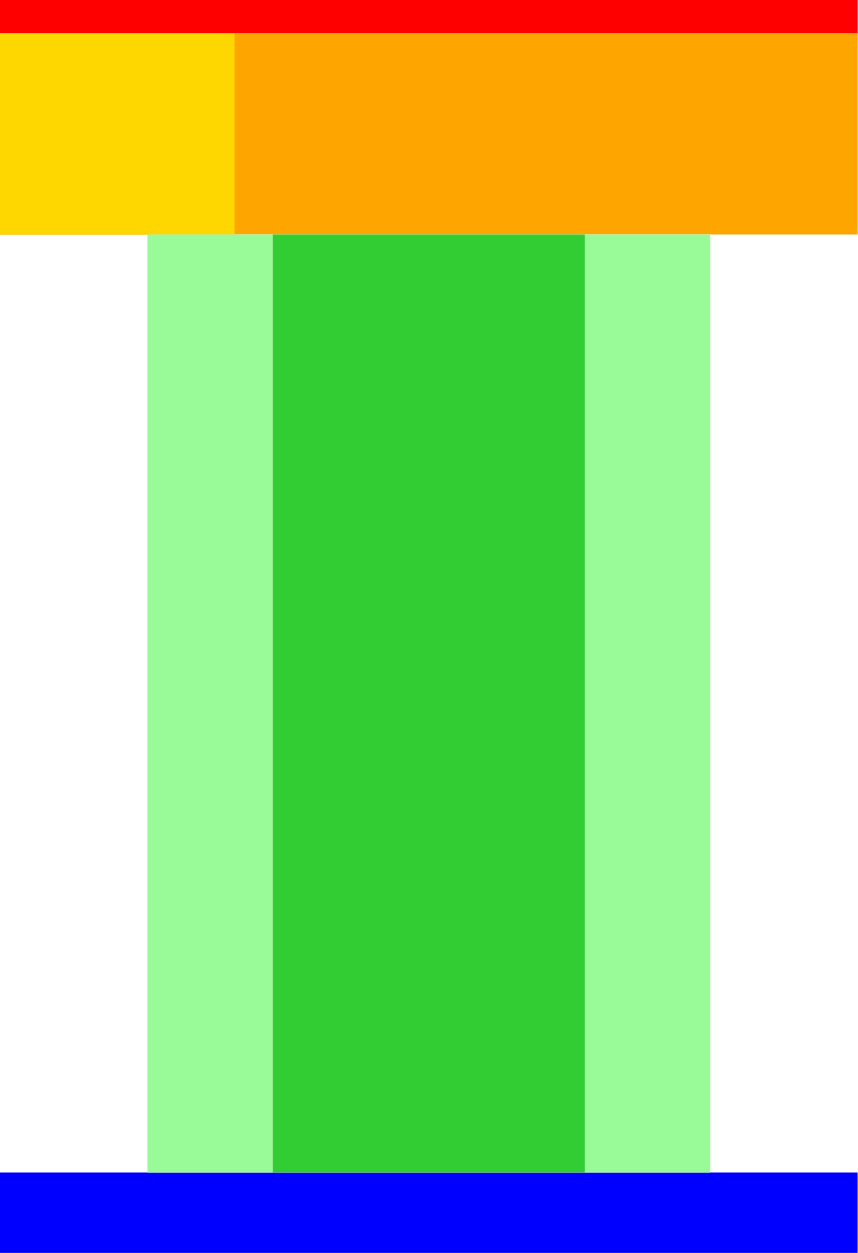
Repository: takanauti/task
Page: chapter4_exercise/index2.html
The author's editor kept a record of every edit. The page is drawn from the files as they stood at one moment, then again after the next edit.
The browser window is 1280 px wide. The pictures show the whole page, at 67% of full size.

Above is the page before.

### chapter4_exercise/index2.html
<!DOCTYPE html>
<html lang="ja">
  <head>
    <meta charset="UTF-8" />
    <!-- CSSファイルの読み込み -->
    <link rel="stylesheet" href="style2.css" />
    <title>演習1</title>
  </head>

  <body>
    <!-- header用のdiv -->
    <div class="header">
      <div class="header-top"></div>
      <div class="header-bottom"></div>
    </div>

    <!-- main-visual用のdiv -->
    <div class="main-visual">
      <div class="main-visual-content"></div>
    </div>

    <!-- main用のdiv -->
    <div class="main">
      <div class="sidebar"></div>
      <div class="blog"></div>
      <div class="sidebar"></div>
    </div>

    <!-- footer用のdiv -->
    <div class="footer"></div>
  </body>
</html>

### chapter4_exercise/style2.css
/* ブラウザがそれぞれ持っているCSSをリセットするための記述 */
* {
  margin: 0;
  padding: 0;
  box-sizing: border-box;
}

.header {
  width: 100%; /* 横幅いっぱい */
  height: 50px; /* 高さ120px */
  background-color: red; /* 背景色red */
}


.main-visual {
  width: 100%; /* 横幅いっぱい */
  height: 300px; /* 高さ300px */
  background-color: orange; /* 背景色orange */
}

.main-visual-content {
  width: 350px; /* 横幅350px */
  height: 300px; /* 親の高さに揃える */
  background-color: gold; /* 背景色gold */
}

.main {
  width: 840px; /* 横幅840px */
  display: flex; /* Flexboxの利用 */
  justify-content: center; /* 要素の横並び・中央寄せ */
  margin: 0 auto; /* 中央寄せ（左右に余白がないとできない） */
}

.blog {
  width: 600px; /* 横幅600px */
  height: 1400px; /* 高さ1400px */
  background-color: limegreen; /* 背景色limegreen */
}

.sidebar {
  width: 240px; /* 横幅240px */
  height: 1400px; /* 高さ1400px */
  background-color: palegreen; /* 背景色palegreen */
}

.footer {
  width: 100%; /* 横幅いっぱい */
  height: 120px; /* 高さ120px */
  background-color: blue; /* 背景色blue */
}

After the next edit:
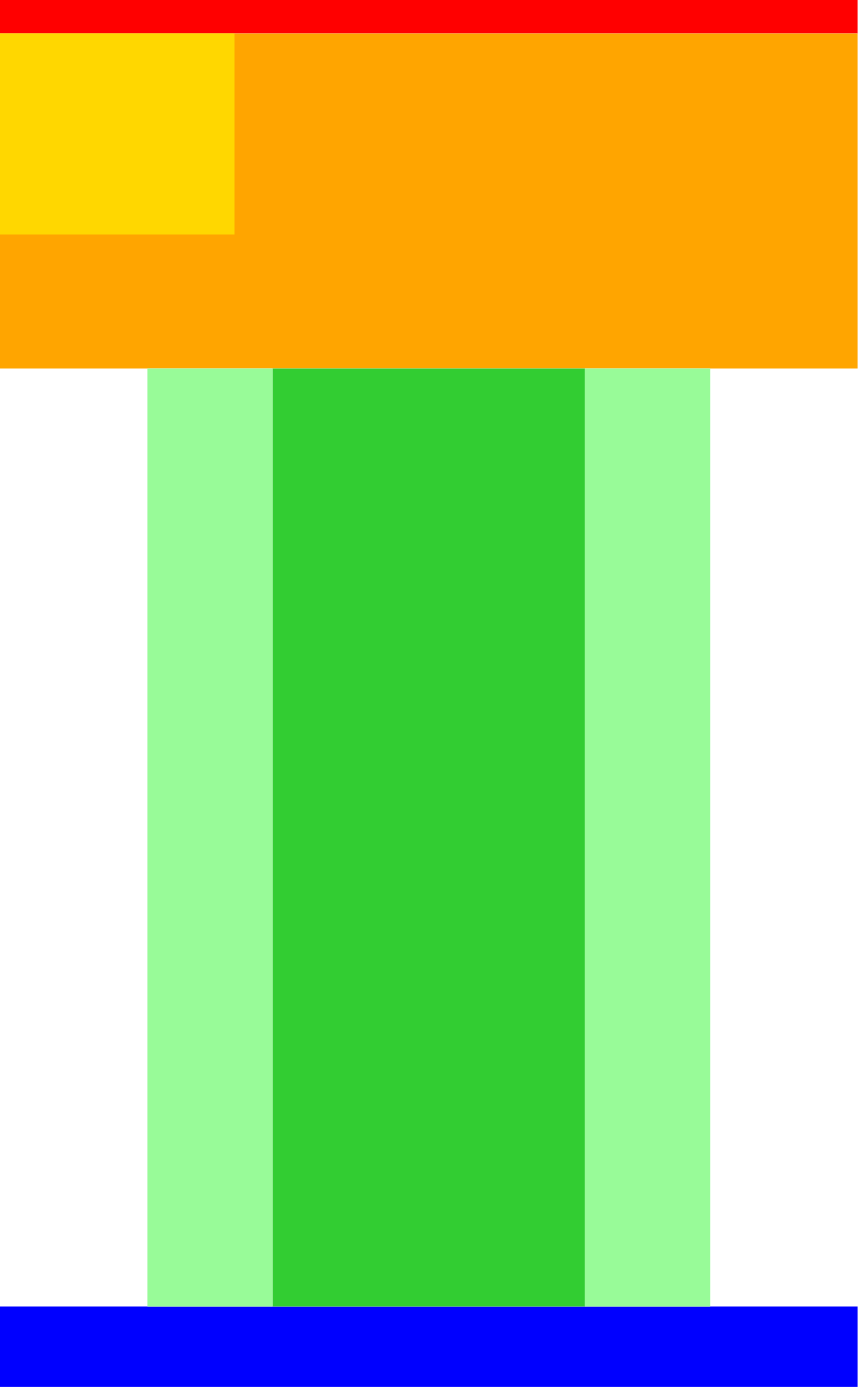
The edit:
--- a/chapter4_exercise/style2.css
+++ b/chapter4_exercise/style2.css
@@ -14,7 +14,7 @@
 
 .main-visual {
   width: 100%; /* 横幅いっぱい */
-  height: 300px; /* 高さ300px */
+  height: 500px; /* 高さ300px */
   background-color: orange; /* 背景色orange */
 }
 
